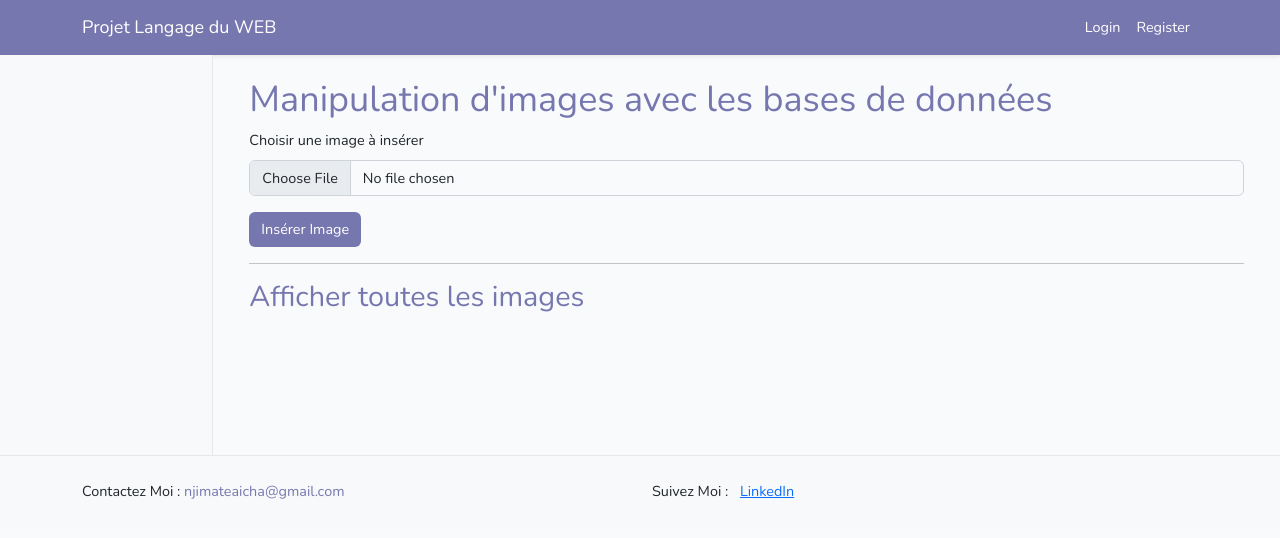
Repository: NjimateAicha/LaravelWeb
Page: http://localhost/image/create
The author's editor kept a copy of each file at every save. The page is drawn from the files as they stood at one save, then again after the next save.
The browser window is 1280 px wide. The pictures show the whole page.
Some web libraries are served in a nearby version. The page is served by the project's Laravel application, run on PHP 8.4 with Laravel 9. Other server files are loaded and not shown. Style sheets and scripts are compiled from the project's sources, by tool versions that may differ from the author's. Queries for data that is not in the repository find no rows.

Above is the page before, as saved 2024-05-22 18:58:42.

### routes/web.php
<?php

use App\Http\Controllers\AproposDeMoiController;
use App\Http\Controllers\ChartsController;
use App\Http\Controllers\EtudiantController;
use App\Http\Controllers\formulairesController;
use App\Http\Controllers\ImageController;
use App\Http\Controllers\JsController;
use App\Http\Controllers\MapController;
use App\Http\Controllers\MatriceController;
use App\Http\Controllers\PhpController;
use App\Http\Controllers\ProjetController;
use App\Http\Controllers\QuizController;
use Illuminate\Support\Facades\Auth;
use Illuminate\Support\Facades\Route;

/*
|--------------------------------------------------------------------------
| Web Routes
|--------------------------------------------------------------------------
|
| Here is where you can register web routes for your application. These
| routes are loaded by the RouteServiceProvider within a group which
| contains the "web" middleware group. Now create something great!
|
*/

Route::get('/', function () {
    return view('auth.login');
});


Auth::routes();

Route::get('/home', [App\Http\Controllers\HomeController::class, 'index'])->name('home');

Route::get('/projets', [ProjetController::class, 'index'])->name('projets.index');
Route::get('/aproposDeMoi', [AproposDeMoiController::class, 'index'])->name('aProposDeMoi.index');


/* CRUD Student */
Route::resource('/etudiant' ,EtudiantController::class );
/* CRUD image */
Route::resource('/image' ,ImageController::class );
/* CRUD Maps */
Route::resource('/map' ,MapController::class );
/* CRUD Charts */
Route::resource('/charts' ,ChartsController::class );
/* Matrice */
Route::resource('/matrice' ,MatriceController::class );
/* quiz */
Route::resource('/Quiz' ,QuizController::class );
Route::get('/quiz/javascript', [QuizController::class, 'javascriptQuiz'])->name('quiz.javascript');
Route::post('/quiz/calculateJS', [QuizController::class, 'calculateScoreJS'])->name('quiz.calculateJS');
Route::get('/quiz/php', [QuizController::class, 'phpQuiz'])->name('quiz.php');
Route::post('/quiz/calculatePHP', [QuizController::class, 'calculateScorePHP'])->name('quiz.calculatePHP');

### app/Http/Controllers/ImageController.php
<?php

namespace App\Http\Controllers;

use App\Models\Image;
use Illuminate\Http\Request;
use Illuminate\Support\Facades\Storage;

class ImageController extends Controller
{
    /**
     * Display a listing of the resource.
     *
     * @return \Illuminate\Http\Response
     */



    /**
     * Show the form for creating a new resource.
     *
     * @return \Illuminate\Http\Response
     */
    public function create()
{
    $images = Image::all();
    return view('image.create', compact('images'));
}

    /**
     * Store a newly created resource in storage.
     *
     * @param  \Illuminate\Http\Request  $request
     * @return \Illuminate\Http\Response
     */
//     public function store(Request $request)
// {
//     $request->validate([
//         'image_file' => 'required|image|mimes:jpeg,png,jpg,gif|max:2048', // Valider les images avec les extensions jpeg, png, jpg, gif et une taille maximale de 2 Mo
//     ]);

//     $size = $request->file('image_file')->getSize();
//     $name = $request->file('image_file')->getClientOriginalName();
//     $type = $request->file('image_file')->getClientOriginalExtension();
//     $bin_img = file_get_contents($request->file('image_file')->getRealPath());

//     $image = Image::create([
//         'nom' => $name,
//         'type' => $type,
//         'size' => $size,
//         'bin_img' => $bin_img,
//     ]);

//     $request->file('image_file')->storeAs('storage/images/', $name);

//     // Redirection avec un message de succès
//     return redirect()->route('image.create')->with('success', 'image est enregistré avec succès.');

// }
public function store(Request $request)
{
    $request->validate([
        'image_file' => 'required|image|mimes:jpeg,png,jpg,gif|max:2048', // Valider les images avec les extensions jpeg, png, jpg, gif et une taille maximale de 2 Mo
    ]);

    // Récupérer les informations sur l'image
    $image = $request->file('image_file');
    $size = $image->getSize();
    $name = $image->getClientOriginalName();
    $type = $image->getClientOriginalExtension();
    $bin_img = file_get_contents($image->getRealPath()); // Récupérer les données binaires de l'image

    // Enregistrer l'image dans la base de données
    $imageModel = Image::create([
        'nom' => $name,
        'type' => $type,
        'size' => $size,
        'bin_img' => $bin_img,
    ]);

    // Stocker l'image dans le dossier public
    $image->storeAs('public/storage/images', $name);

    return redirect()->route('image.create')->with('success', 'L\'image a été enregistrée avec succès.');
}



    /**
     * Display the specified resource.
     *
     * @param  \App\Models\Image  $image
     * @return \Illuminate\Http\Response
     */
    public function show(Image $image)
    {
        //
    }

    /**
     * Show the form for editing the specified resource.
     *
     * @param  \App\Models\Image  $image
     * @return \Illuminate\Http\Response
     */
    public function edit(Image $image)
    {
        //
    }

    /**
     * Update the specified resource in storage.
     *
     * @param  \Illuminate\Http\Request  $request
     * @param  \App\Models\Image  $image
     * @return \Illuminate\Http\Response
     */
    public function update(Request $request, Image $image)
    {
        //
    }

    /**
     * Remove the specified resource from storage.
     *
     * @param  \App\Models\Image  $image
     * @return \Illuminate\Http\Response
     */
    public function destroy(Image $image)
{
    // Supprimer l'image de la base de données
    $image->delete();

    // Supprimer le fichier image du stockage
    Storage::delete('public/images/' . $image->nom);

    return redirect()->back()->with('success', 'Image supprimée avec succès');
}

}

### app/Models/Image.php
<?php

namespace App\Models;

use Illuminate\Database\Eloquent\Factories\HasFactory;
use Illuminate\Database\Eloquent\Model;

class Image extends Model
{
    use HasFactory;
    protected $fillable = ['nom', 'type', 'size', 'bin_img'];
}

### resources/views/image/create.blade.php
@extends('layouts.app')
@section('content')
<style>
    h1{
        color: #7777af;
    }
    h2{
        color: #7777af;
    }
    .custom-btn {
        color: #fff;
        background-color: #7777af;
        border: none;
    }

    .custom-btn:hover {
        background-color: #555577;
    }
    .card-title{
        color: #7777af;
    }
</style>

@if ($errors->any())
    <div class="alert alert-danger">
        <ul>
            @foreach ($errors->all() as $error)
                <li>{{ $error }}</li>
            @endforeach
        </ul>
    </div>
@endif

    {{-- <div class="container">
        <br>
        <h1>Manipulation d'images avec les bases de données</h1>

        <form action="{{ route('image.store') }}" method="post" enctype="multipart/form-data">
            @csrf
            <div class="mb-3">
                <label for="image_file" class="form-label">Choisir une image à insérer</label>
                <input type="file" class="form-control" name="image_file" required>
            </div>
            <button type="submit" class="btn  custom-btn  cus">Insérer Image</button>
        </form>

        <hr>

        <h2>Afficher toutes les images</h2>

        <div class="row">
            @foreach ($images as $ph)
                <div class="col-md-4 mb-4">
                    <div class="card">
                        <div class="card-body">
                            <h5 class="card-title">{{ $ph->nom }}</h5>
                            <img src="{{ asset('http://127.0.0.1:8000/storage/images/' . $ph->nom) }}" class="card-img-top img-thumbnail" alt="{{ $ph->nom }}">
                            <div class="mt-2 d-flex">
                                <form action="{{ route('image.destroy', $ph->id) }}" method="POST">
                                    @csrf
                                    @method('DELETE')
                                    <button type="submit" class="btn btn-sm btn-danger" onclick="return confirm('Êtes-vous sûr de vouloir supprimer la photo ?')">Supprimer</button>
                                </form>
                            </div>
                        </div>
                    </div>
                </div>
            @endforeach
        </div>



    </div>
@endsection
 --}}


 <div class="container">
    <br>
    <h1>Manipulation d'images avec les bases de données</h1>

    <form action="{{ route('image.store') }}" method="post" enctype="multipart/form-data">
        @csrf
        <div class="mb-3">
            <label for="image_file" class="form-label">Choisir une image à insérer</label>
            <input type="file" class="form-control" name="image_file" required>
        </div>
        <button type="submit" class="btn custom-btn cus">Insérer Image</button>
    </form>

    <hr>

    <h2>Afficher toutes les images</h2>

    <div class="row">
        @foreach ($images as $image)
            <div class="col-md-4 mb-4">
                <div class="card">
                    <div class="card-body">
                        <h5 class="card-title">{{ $image->nom }}</h5>
                        <img src="data:[embedded picture, 59 characters]" class="card-img-top img-thumbnail" alt="{{ $image->nom }}">
                        <div class="mt-2 d-flex">
                            <form action="{{ route('image.destroy', $image->id) }}" method="POST">
                                @csrf
                                @method('DELETE')
                                <button type="submit" class="btn btn-sm btn-danger" onclick="return confirm('Êtes-vous sûr de vouloir supprimer l\'image ?')">Supprimer</button>
                            </form>
                        </div>
                    </div>
                </div>
            </div>
        @endforeach
    </div>
</div>
</div>
@endsection

### resources/views/layouts/app.blade.php
<!doctype html>
<html lang="{{ str_replace('_', '-', app()->getLocale()) }}">

<head>
    <meta charset="utf-8">
    <meta name="viewport" content="width=device-width, initial-scale=1">

    <!-- CSRF Token -->
    <meta name="csrf-token" content="{{ csrf_token() }}">

    <title>{{ config('app.name', 'Aicha\'s Portfolio') }}</title>

    <!-- Fonts -->
    <link rel="dns-prefetch" href="//fonts.bunny.net">
    <link href="https://fonts.bunny.net/css?family=Nunito" rel="stylesheet">

    <!-- Styles -->
    <link rel="stylesheet" href="https://maxcdn.bootstrapcdn.com/bootstrap/4.5.2/css/bootstrap.min.css">
    <style>

        body {
            font-family: 'Nunito', sans-serif;
        }
        .navbar {
            background-color: #7777af;
        }
        .navbar-brand, .navbar-nav .nav-link {
            color: white !important;
        }
        .sidebar {
            background-color: #f8f9fa;
            border-right: 1px solid #e7e7e7;
        }
        .sidebar .nav-link {
            color: #7777af;
        }
        .sidebar .nav-link:hover {
            color: #7777af;
        }
        .font-weight-bold {
            font-weight: bold !important;
        }
        footer {
            background-color: #f8f9fa;
            border-top: 1px solid #e7e7e7;
            padding: 10px 0;
        }
        footer p {
            margin: 0;
        }
    </style>
    <!-- Scripts -->
    @vite(['resources/sass/app.scss', 'resources/js/app.js'])
</head>

<body>
    <div id="app">
        <nav class="navbar navbar-expand-md navbar-light shadow-sm">
            <div class="container">
                <a class="navbar-brand" href="{{ url('/') }}">
                    Projet Langage du WEB
                </a>
                <button class="navbar-toggler" type="button" data-toggle="collapse" data-target="#navbarSupportedContent" aria-controls="navbarSupportedContent" aria-expanded="false" aria-label="{{ __('Toggle navigation') }}">
                    <span class="navbar-toggler-icon"></span>
                </button>

                <div class="collapse navbar-collapse" id="navbarSupportedContent">
                    <!-- Left Side Of Navbar -->
                    <ul class="navbar-nav me-auto"></ul>

                    <!-- Right Side Of Navbar -->
                    <ul class="navbar-nav ms-auto">
                        <!-- Authentication Links -->
                        @guest
                            @if (Route::has('login'))
                                <li class="nav-item">
                                    <a class="nav-link" href="{{ route('login') }}">{{ __('Login') }}</a>
                                </li>
                            @endif

                            @if (Route::has('register'))
                                <li class="nav-item">
                                    <a class="nav-link" href="{{ route('register') }}">{{ __('Register') }}</a>
                                </li>
                            @endif
                        @else
                            <li class="nav-item dropdown">
                                <a id="navbarDropdown" class="nav-link dropdown-toggle" href="#" role="button" data-toggle="dropdown" aria-haspopup="true" aria-expanded="false" v-pre>
                                    {{ Auth::user()->name }}
                                </a>

                                <div class="dropdown-menu dropdown-menu-right" aria-labelledby="navbarDropdown">
                                    <a class="dropdown-item" href="{{ route('logout') }}"
                                       onclick="event.preventDefault();
                                                     document.getElementById('logout-form').submit();">
                                        {{ __('Logout') }}
                                    </a>

                                    <form id="logout-form" action="{{ route('logout') }}" method="POST" class="d-none">
                                        @csrf
                                    </form>
                                </div>
                            </li>
                        @endguest
                    </ul>
                </div>
            </div>
        </nav>

        <div class="container-fluid">
            <div class="row">
                <nav class="col-md-2 d-none d-md-block sidebar">
                    <div class="position-sticky pt-3" style="height: 400px">
                        <ul class="nav flex-column">
                            @auth
                                <li class="nav-item">
                                    <a class="nav-link active font-weight-bold" aria-current="page" href="{{ route('aProposDeMoi.index') }}">À propos de moi</a>
                                </li>
                                <li class="nav-item">
                                    <a class="nav-link font-weight-bold" href="{{ route('projets.index') }}">Mes Projets</a>
                                </li>
                            @endauth
                        </ul>
                    </div>
                </nav>
                <main class="col-md-9 ms-sm-auto col-lg-10 px-md-4">
                    @yield('content')
                </main>
            </div>
        </div>

        <footer class="bg-light py-4">
            <div class="container">
                <div class="row justify-content-between">
                    <div class="col-md-6">
                        <p class="d-inline">Contactez Moi : <span style="color: #7777af;">njimateaicha@gmail.com</span></p>
                    </div>
                    <div class="col-md-6">
                        <p class="d-inline-block me-2 mb-0">Suivez Moi :</p>
                        <a href="https://www.linkedin.com/" class="text-blue-500 hover:text-7777af-700 d-inline-block" target="_blank">LinkedIn</a>
                    </div>
                </div>
            </div>
        </footer>
    </div>

    <!-- Bootstrap JS and dependencies -->
    <script src="https://code.jquery.com/jquery-3.5.1.slim.min.js"></script>
    <script src="https://cdn.jsdelivr.net/npm/@popperjs/core@2.5.4/dist/umd/popper.min.js"></script>
    <script src="https://maxcdn.bootstrapcdn.com/bootstrap/4.5.2/js/bootstrap.min.js"></script>
</body>

</html>

Loaded but not shown: app/Http/Controllers/Auth/ConfirmPasswordController.php (common file); app/Http/Controllers/Controller.php (common file); resources/sass/app.scss (common file); resources/sass/_variables.scss (common file)

After the next save:
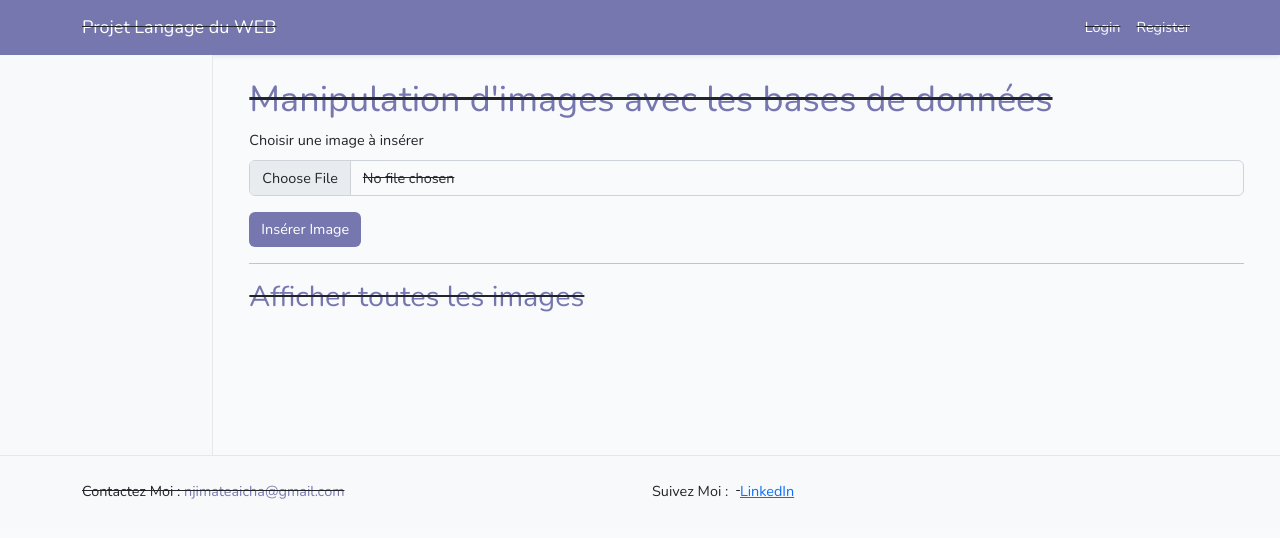
Saved 10 s later.
--- a/resources/views/image/create.blade.php
+++ b/resources/views/image/create.blade.php
@@ -114,3 +114,6 @@
 </div>
 </div>
 @endsection
+
+
+<s

After the save that followed:
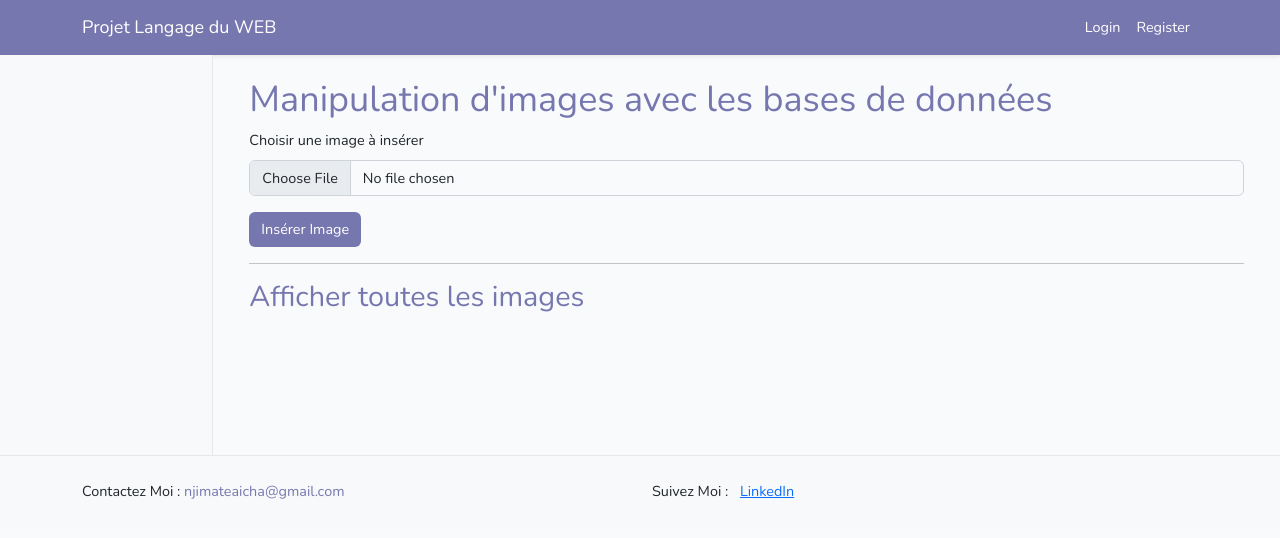
Console error: SyntaxError: Unexpected token 'function'
Saved 6 s later.
--- a/resources/views/image/create.blade.php
+++ b/resources/views/image/create.blade.php
@@ -116,4 +116,84 @@
 @endsection
 
 
-<s
+<script>
+     public function phpQuiz()
+    {
+        $questions = [
+            [
+                'question' => 'Quel est le principal langage de programmation utilisé pour le développement web ?',
+                'options' => ['JavaScript', 'Python', 'Java', 'C++'],
+                'answer' => 'JavaScript'
+            ],
+            [
+                'question' => 'Quelle méthode est utilisée pour ajouter un élément à la fin d\'un tableau en JavaScript ?',
+                'options' => ['push()', 'append()', 'addToEnd()', 'insertAtEnd()'],
+                'answer' => 'push()'
+            ],
+            [
+                'question' => 'Quel est le mot-clé utilisé pour déclarer une variable en JavaScript ?',
+                'options' => ['var', 'let', 'const', 'tous les choix précédents'],
+                'answer' => 'var'
+            ],
+            [
+                'question' => 'Quelle est la fonction utilisée pour convertir une chaîne de caractères en entier en JavaScript ?',
+                'options' => ['parseInt()', 'convertToInt()', 'toInteger()', 'stringToInt()'],
+                'answer' => 'parseInt()'
+            ],
+            [
+                'question' => 'Quelle est la fonction utilisée pour afficher une boîte de dialogue avec un message en JavaScript ?',
+                'options' => ['prompt()', 'messageBox()', 'alert()', 'displayMessage()'],
+                'answer' => 'alert()'
+            ],
+            [
+                'question' => 'Comment fait-on une boucle for en JavaScript ?',
+                'options' => ['for (condition) { instructions }', 'for (initialisation; condition; itération) { instructions }', 'loop { instructions } while (condition)', 'foreach (élément dans tableau) { instructions }'],
+                'answer' => 'for (initialisation; condition; itération) { instructions }'
+            ],
+
+        ];
+        Session::put('questions', $questions);
+
+        return view('Quiz.php', ['questions' => $questions]);
+    }
+
+    public function calculateScoreJS(Request $request)
+    {
+        // Récupérer les questions depuis la session
+        $questions = Session::get('questions');
+
+        $answers = $request->input('answers');
+        $score = 0;
+
+        // Calculer la note en comparant les réponses de l'utilisateur avec les réponses correctes
+        foreach ($answers as $questionId => $selectedAnswer) {
+            // Récupérer la réponse correcte pour la question correspondante
+            $correctAnswer = $questions[$questionId]['answer'];
+
+            // Vérifier si la réponse de l'utilisateur est correcte
+            if ($selectedAnswer === $correctAnswer) {
+                $score++;
+            }
+        }
+
+        // Enregistrer le score de l'utilisateur dans la base de données
+        $quiz = new Quiz();
+        $quiz->quiz_type = 'JS';
+        $quiz->score = $score;
+
+        // Compter le nombre de fois que l'utilisateur a joué à ce type de quiz
+        $playedCount = Quiz::where('quiz_type', 'JS')
+                            ->where('user_id', Auth::id())
+                            ->count();
+
+        // Incrémenter le nombre de fois joué de 1
+        $quiz->played_count = $playedCount + 1;
+
+        $quiz->user_id = Auth::id(); // Récupérer l'ID de l'utilisateur actuellement connecté
+
+        $quiz->save();
+
+
+        return redirect()->route('Quiz.index');
+    }
+</script>
